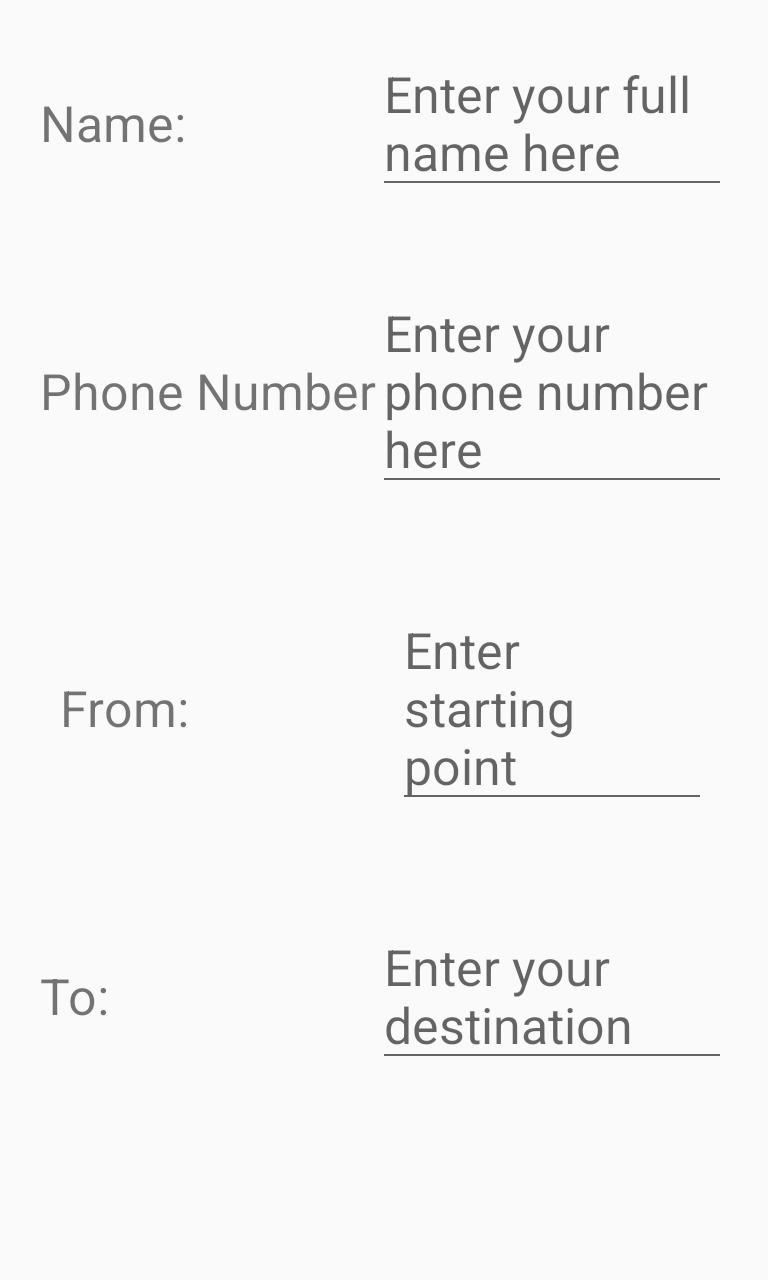
Repository: TewodrosT/LiLY
Layout: TransportationLily/res/layout/activity_main.xml
These files come from the project's save history. The layout is drawn as it stood at one moment and after the next save; the edit follows.
It is drawn on a 768 x 1280 px phone screen (xhdpi) without system bars, with theme AppTheme; the app's code is not run.

Above is the layout before, as saved 2014-08-06 11:01:51.

### TransportationLily/res/layout/activity_main.xml
<LinearLayout xmlns:android="http://schemas.android.com/apk/res/android"
    xmlns:tools="http://schemas.android.com/tools"
    android:layout_width="match_parent"
    android:layout_height="match_parent"
    android:orientation="vertical"
    tools:context="com.example.transportationlily.MainActivity" >

    <TableLayout
        android:layout_width="match_parent"
        android:layout_height="match_parent" >


        <TableRow
            android:layout_width="wrap_content"
            android:layout_height="wrap_content"
            android:layout_margin="20sp" >

            <TextView
                android:layout_width="wrap_content"
                android:layout_height="wrap_content"
                android:text="@string/senior_name"
                android:textSize="25sp" />

            <EditText
                android:id="@+id/to"
                android:layout_width="0dp"
                android:layout_height="wrap_content"
                android:layout_weight="1"
                android:hint="@string/typein_name"
                android:textSize="25sp" />
        </TableRow>

        <TableRow
            android:layout_width="wrap_content"
            android:layout_height="wrap_content"
            android:layout_margin="20sp" >

            <TextView
                android:layout_width="wrap_content"
                android:layout_height="wrap_content"
                android:text="@string/contact_info"
                android:textSize="25sp" />

            <EditText

                android:layout_width="0dp"
                android:layout_height="wrap_content"
                android:layout_weight="1"
                android:hint="@string/phone_number"
                android:textSize="25sp" />
        </TableRow>

        <TableRow
            android:layout_width="wrap_content"
            android:layout_height="wrap_content"
            android:layout_margin="30sp" >

            <TextView
                android:layout_width="wrap_content"
                android:layout_height="wrap_content"
                android:text="@string/starting_point"
                android:textSize="25sp" />

            <EditText
                android:id="@+id/from"
                android:layout_width="0dp"
                android:layout_height="wrap_content"
                android:layout_weight="1"
                android:hint="@string/starting_location"
                android:textSize="25sp" />
        </TableRow>

        <TableRow
            android:layout_width="wrap_content"
            android:layout_height="wrap_content"
            android:layout_margin="20sp" >

            <TextView
                android:layout_width="wrap_content"
                android:layout_height="wrap_content"
                android:text="@string/destination_point"
                android:textSize="25sp" />

            <EditText

                android:layout_width="0dp"
                android:layout_height="wrap_content"
                android:layout_weight="1"
                android:hint="@string/ending_location"
                android:textSize="25sp" />
        </TableRow>
    </TableLayout>
    <Button
        android:layout_width="wrap_content"
        android:layout_height="wrap_content"
        android:text="@string/button_askride"
        android:onClick="sendMessage" />

</LinearLayout>

### TransportationLily/res/values/strings.xml
<?xml version="1.0" encoding="utf-8"?>
<resources>

    <string name="app_name">TransportationLily</string>
    <string name="hello_world">Hello world!</string>
    <string name="action_settings">Settings</string>
    <string name= "starting_point">From: </string>
    <string name="starting_location">Enter starting point</string>
    <string name= "destination_point">To: </string>
    <string name="ending_location">Enter your destination</string>
    <string name= "senior_name"> Name: </string>
    <string name= "typein_name"> Enter your full name here</string>
    <string name= "contact_info"> Phone Number</string>
    <string name= "phone_number"> Enter your phone number here</string>
    <string name = "button_askride"> Ask for ride</string>

</resources>

Loaded but not shown: TransportationLily/res/values/styles.xml (common file); TransportationLily/res/values-v11/styles.xml (common file); TransportationLily/res/values-v14/styles.xml (common file)

After the next save:
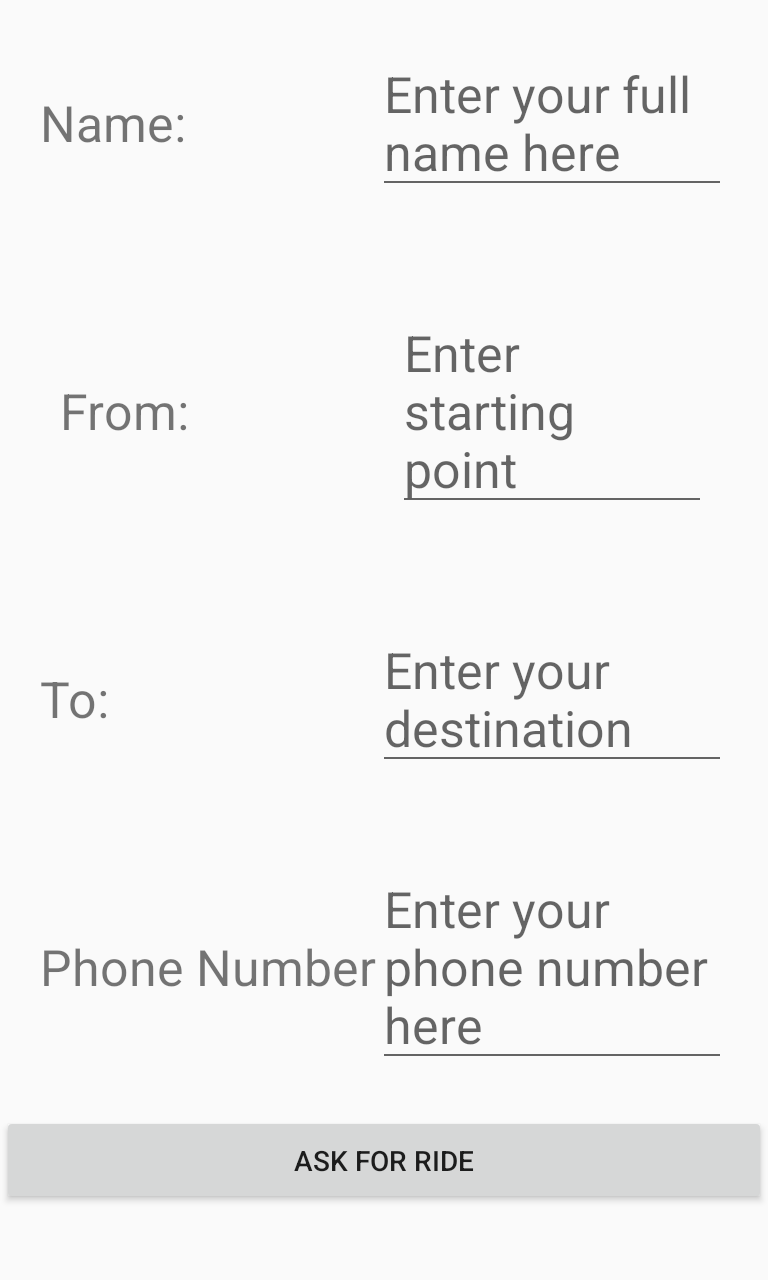
Saved 4 min 32 s later.
--- a/TransportationLily/res/layout/activity_main.xml
+++ b/TransportationLily/res/layout/activity_main.xml
@@ -30,25 +30,7 @@
                 android:textSize="25sp" />
         </TableRow>
 
-        <TableRow
-            android:layout_width="wrap_content"
-            android:layout_height="wrap_content"
-            android:layout_margin="20sp" >
 
-            <TextView
-                android:layout_width="wrap_content"
-                android:layout_height="wrap_content"
-                android:text="@string/contact_info"
-                android:textSize="25sp" />
-
-            <EditText
-
-                android:layout_width="0dp"
-                android:layout_height="wrap_content"
-                android:layout_weight="1"
-                android:hint="@string/phone_number"
-                android:textSize="25sp" />
-        </TableRow>
 
         <TableRow
             android:layout_width="wrap_content"
@@ -89,11 +71,34 @@
                 android:hint="@string/ending_location"
                 android:textSize="25sp" />
         </TableRow>
-    </TableLayout>
-    <Button
+
+         <TableRow
+            android:layout_width="wrap_content"
+            android:layout_height="wrap_content"
+            android:layout_margin="20sp" >
+
+            <TextView
+                android:layout_width="wrap_content"
+                android:layout_height="wrap_content"
+                android:text="@string/contact_info"
+                android:textSize="25sp" />
+
+            <EditText
+
+                android:layout_width="0dp"
+                android:layout_height="wrap_content"
+                android:layout_weight="1"
+                android:hint="@string/phone_number"
+                android:textSize="25sp" />
+        </TableRow>
+
+      <Button
         android:layout_width="wrap_content"
         android:layout_height="wrap_content"
         android:text="@string/button_askride"
         android:onClick="sendMessage" />
 
+
+    </TableLayout>
+
 </LinearLayout>
